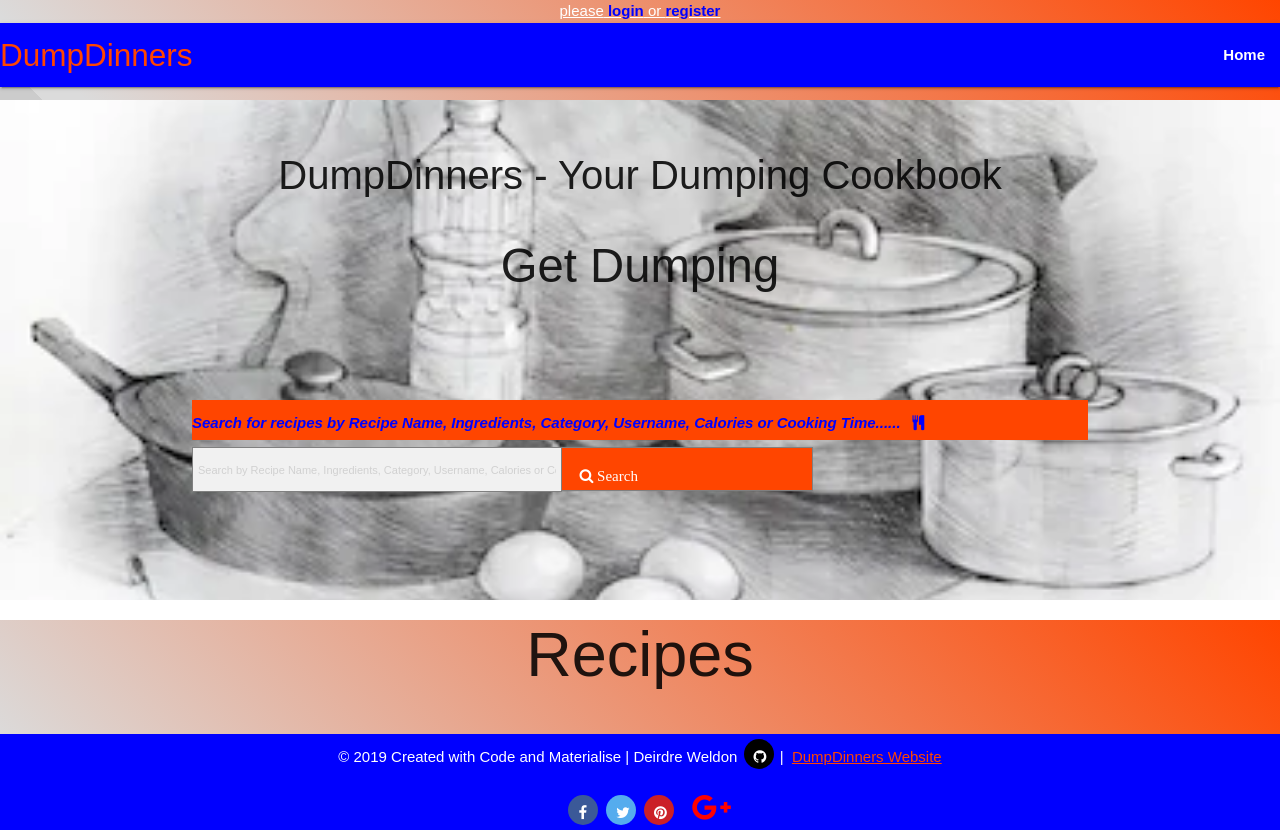
Repository: Deirdre18/dumpdinners-recipe-app
Page: http://localhost/
The author's editor kept a record of every edit. The page is drawn from the files as they stood at one moment, then again after the next edit.
The browser window is 1280 px wide. The pictures show the whole page.
Some web libraries are served in a nearby version. The page is served by the project's application, run on Flask 3 (app.py). Queries for data that is not in the repository find no rows.

Above is the page before.

### templates/allrecipes1.html
{% extends "base.html" %} {% block content %}

<h1 class="title">Recipes</h1>
{#{{referred to https://github.com/pierceoneill/code-institute-milestone-project-04/blob/master/templates/recipes.html for recipe-cards code.}}#}



<div id="recipe-cards" class="row">
    {% for recipe in recipes %}
    <div class="col s12 m4 l3 recipe-card" data-date="{{recipe.date_added}}">

        <div class="card-heading">

            <div class="card-title" style="text-align:center">
                <h6><span id="recipe_name" name="recipe_name"><i><strong>{{recipe.recipe_name}}</i></strong></span></h6>

            </div>
        </div>
        <strong><i class="fa fa-eye" aria-hidden="true" style="color:blue;font-size: 15px">&nbsp&nbsp{{recipe.views}}</i></strong>&nbsp&nbsp&nbsp&nbsp&nbsp&nbsp&nbsp&nbsp&nbsp&nbsp&nbsp&nbsp&nbsp&nbsp&nbsp&nbsp&nbsp
        <strong><i class="fa fa-heart" aria-hidden="true" style="color:red; font-size: 15px">&nbsp&nbsp{{recipe.likes}}</i></strong><br>
        <strong><i class="fa fa-cutlery"aria-hidden="true" style="color:blue;font-size: 15px">&nbsp&nbsp{{recipe.category_name}}</i><strong>


        <div class="card-image">
            <img src="{{recipe.image}}" width="200" height="200" style="margin-top" : 40%;>
        </div>


        <div class="card-body" style="white-space:normal">

            <p id="short_description"></p><strong><em>{{recipe.short_description}}</strong></em>
            </p>

        </div>

        <h6 class="view-and-share"><strong> View and Share!</strong>
        </h6>
        <p class=shares "col s4 m3 l3" style="white-space:normal">

            <i class="fa fa-facebook" aria-hidden="true"></i>
            <i class="fa fa-twitter" aria-hidden="true" style="color: light-blue"></i>
             <i class="fa fa-pinterest" aria-hidden="true"></i>
             <i class="fa fa-google-plus" style="font-size:30px; color:red"></i>
        </p>

        <div class="card-footer" style="white-space:normal">



            <div class="card-action">
                <a href="/recipe/{{ recipe._id }}"> <button class="btn waves-effect waves-light" type="submit" style="background-color:orangered" name="action">See More
                <i class="material-icons right">view_list</i>
             </button></a>
                <br><br><br>

            </div>

        </div>




        <!-- more display -->
    </div>
    {% endfor %}

    {% endblock %}

### templates/base.html
<!DOCTYPE html>
<html>

<head>
    <!--referred to this link for downloading bootstrap, as well as previous CI tutorials - https://forums.fedoraforum.org/showthread.php?314148-How-to-download-bootstrap-->

    <meta charset="UTF-8">
    <meta name="viewport" content="width=device-width, user-scalable=no, initial-scale=1.0, maximum-scale=1.0, minimum-scale=1.0">
    <meta http-equiv="X-UA-Compatible" content="ie=edge">
    <title>{{ title }} - DumpDinners</title>
    <link href="https://fonts.googleapis.com/icon?family=Material+Icons" rel="stylesheet">
    <link rel="stylesheet" href="https://cdnjs.cloudflare.com/ajax/libs/materialize/0.100.2/css/materialize.min.css">
    <link rel="stylesheet" href="{{url_for('static', filename='social-share-kit.css')}}" type="text/css" />
    <link rel="stylesheet" href="{{url_for('static', filename='styles.css')}}" type="text/css" />

    <!--referred to this for favicon - https://www.flaticon.com/-->

    <link rel="icon" type="image/ico" href="/static/images/favicon.ico" />
    <link rel="stylesheet" href="https://cdnjs.cloudflare.com/ajax/libs/font-awesome/4.7.0/css/font-awesome.min.css">

    <style>
        body {
            font-family: Arial;
        }
        * {
            box-sizing: border-box;
        }
        form.example input[type=text] {
            padding: 5px;
            font-size: 11px;
            border: 1px solid grey;
            float: left;
            width: 4%;
            height: 1%;
            background: #f1f1f1;
        }
        form.example button {
            float: left;
            width: 2%;
            height: 2%;
            padding: 5px;
            background: #2196F3;
            color: white;
            font-size: 11px;
            border: 1px solid grey;
            border-left: none;
            cursor: pointer;
        }
        form.example button:hover {
            background: #0b7dda;
        }
        form.example::after {
            content: "";
            clear: both;
            display: table;
        }
    </style>



</head>

<body>

    <style scoped>
        .pattern {
            min-height: 100px;
        }
        #stripes4 {
            background-image: repeating-linear-gradient(45deg, #ccc, #ccc 30px, #dbdbdb 30px, #dbdbdb 60px, orangered);
        }
    </style>

    <!--to give background gradient color, referred to https://www.quackit.com/css/codes/patterns/css_background_stripes.cfm-->

    <div id="stripes4" class="pattern">


        <!--referred to code from Spence Barribal's github project for username in session below (Student at Code Institute).-->

        {% if 'username' in session %}
        <div class="text-light font-italic bg-dark pt-2 pr-4" style="text-align:center; color:blue"><strong>welcome back, {{ session['username'] }}</strong>
        </div>

        <!--Referred to stack overflow article on centering anchors.-->

        <div class="display:block; text-align: center">
            <a href="{{ url_for('add_recipe') }}" <button class="btn waves-effect waves-light" type="submit" style="background-color:orangered" name="action">Add Recipe
                <i class="material-icons right">playlist_add</i>
             </button></div></a>



            <div class="display:block; text-align: center">
                <a href="{{ url_for( 'logout') }}" style="text-decoration:underline; color:blue; text-align:center,color:blue"><strong>Logout</strong></a>
            </div>

            <div class="display:block; text-align: center">
                <a href="{{ url_for( 'allrecipes') }}" style="text-decoration:underline;color:blue; text-align:center"><strong>Home</strong></a>

            </div>

            {% else %}

            <div class="login" style="text-align:center;text-decoration:underline; color:white">please<a href="{{ url_for('login') }}" style="color:blue"><strong> login</a></strong> or <a href="{{ url_for('register') }}" style="color:blue"><strong> register</strong></a>
            </div>
            {% endif %}

            <nav>
                <div class="nav-wrapper">
                    <a class="brand-logo" style="color:orangered">DumpDinners</a>
                    <a href="#" data-activates="mobile-demo" class="button-collapse"><i class="material-icons">menu</i></a>
                    <ul id="nav-mobile" class="right hide-on-med-and-down">

                        {% if 'username' not in session %}

                        <li class="nav-item">
                            <a href="{{ url_for('index') }}" style="color:white"><strong>Home</a></strong>
                        </li>


                        {% endif %}

                    </ul>
                </div>

            </nav>
            <!--referred to https://www.w3schools.com/howto/howto_css_search_button.asp-->

            {% if 'username' in session %}
            <ul class="sidenav" id="mobile-demo">
                <li class="nav-item">
                    <a href="{{ url_for('allrecipes') }}" style="color:orangered;text-decoration:underline"><strong>Home</strong></a>
                </li>
                {% endif %}


            </ul>
        </div>

        <div id="index-banner" class="parallax-container">
            <div class="section no-pad-bot">
                <div class="container">

                    <div class="parallax">
                        <img src="{{ url_for('static', filename='uploads/' + 'still-life.jpg') }}">
                    </div>

                    <h2 class="header center" class="header"><small>DumpDinners - Your Dumping Cookbook</small></h2>

                    <h1 class="header center" class="header"><small>Get Dumping</small></h1>
                    <br><br><br>


                    <!--/*referred to https://www.w3schools.com/howto/howto_css_search_button.asp*/-->

                    <div class="search-container">

                         <h6 class="lead-search" style="background-color:orangered; color:blue; text-align:left"><strong><i>Search for recipes by Recipe Name, Ingredients, Category, Username, Calories or Cooking Time......</i></strong><i class="fa fa-cutlery"></i></h6>


                         <form class="example" action="{{ url_for('search') }}">
                            <input type="text" placeholder="Search by Recipe Name, Ingredients, Category, Username, Calories or Cooking Time...." required name="query" style="margin-top:1px; width:40%; height:3em !important" style="color:black">
                            <div id="search">
                                <button type="submit" style="margin-top:1px; width:28%; height:4em !important; background-color:orangered"><i class="fa fa-search" style="font-size:15px;float:left">&nbspSearch</i></button>
                            </div>

                            </form>

                    </div>
                </div>
            </div>
            <!--Referred to this link for adding photos dynamically. https://stackoverflow.com/questions/40877272/jinja2-not-displaying-the-images-->
        </div>
        <div id="stripes4" class="pattern">
            {% block content %}{% endblock %}
        </div>
        <script src="https://ajax.googleapis.com/ajax/libs/jquery/3.4.1/jquery.min.js"></script>
        <script src="https://cdnjs.cloudflare.com/ajax/libs/jquery/3.2.1/jquery.min.js"></script>
        <script src="https://cdnjs.cloudflare.com/ajax/libs/materialize/0.100.2/js/materialize.min.js"></script>
        <!--<script src="assets/js/social-share-kit.js"></script>-->
        <!--<script src="assets/js/social-share-kit.min.js"></script>-->
        <script type="text/javascript">
            $(document).ready(function() {
                $(".button-collapse").sideNav();
            });
        </script>
        <script type="text/javascript">
            $('.datepicker').pickadate({
                selectMonths: true, // Creates a dropdown to control month
                selectYears: 15, // Creates a dropdown of 15 years to control year,
                today: 'Today',
                clear: 'Clear',
                close: 'Ok',
                closeOnSelect: false // Close upon selecting a date,
            });
        </script>
        <script>
            $(document).ready(function() {
                $('.parallax').parallax();
            });
        </script>
        <!-- jquery to activate buttons -->
        <script type="text/javascript">
            $(document).ready(function() {
                $('.collapsible').collapsible();
                $('select').material_select();
            });
        </script>
        <!--// to create footer referred to https://www.w3schools.com/howto/tryit.asp?filename=tryhow_css_fixed_footer. For flexible footer referred to https://materializecss.com/footer.html // decided to make footer fixed rather than flexible-->
        <style>
            .footer {
                margin-top: 1px;
                display: fixed;
                min-height: 3vh;
                flex-direction: column;
                text-align: center;
                background-color: blue;
                color: white;
            }
            main {
                flex: 1 0 auto;
            }
            .container {
                margin-top: 15px;
                margin-bottom: 3px;
            }
        </style>
        <style>
            .fa {
                padding: 10px;
                font-size: 15px;
                width: 30px;
                text-decoration: none;
                margin: 5px 2px;
                border-radius: 50%;
                height: 30px;
            }
            .fa:hover {
                opacity: 0.7;
            }
            .fa-facebook {
                background: #3B5998;
                color: white;
                text-align: center;
            }
            .fa-twitter {
                background: #55ACEE;
                color: white;
                text-align: center;
            }
            .fa-youtube {
                background: #bb0000;
                color: white;
                text-align: center;
            }
            .fa-pinterest {
                background: #cb2027;
                color: white;
                text-align: center;
            }
            .fa-github {
                background: black;
                color: white;
                text-align: center;
                font-size: 15px;
            }
            strong {
                font-weight: bold;
            }
        </style>
        <div class="footer">
            <div class="container">
                <!--created blank spaces, referred to https://www.computerhope.com/jargon/n/nbsp.htm-->
                © 2019 Created with Code and Materialise&nbsp| Deirdre Weldon <a href="https://github.com/" class="fa fa-github"></a> |&nbsp
                <a href="https://dumpdinners-recipe-app.herokuapp.com/" style="color:orangered; text-decoration: underline">DumpDinners Website
        </div>
        <!--for social media icons and styles referred to https://www.w3schools.com/howto/howto_css_social_media_buttons.asp    -->
        <!-- Add font awesome icons -->
        <a href="https://www.facebook.com/" class="fa fa-facebook"></a>
                <a href="https://www.twitter.com/" class="fa fa-twitter"></a>
                <a href="https://www.pinterest.com/" class="fa fa-pinterest"></a>
                <a href="https://plus.google.com/" class="fa fa-google-plus" style="font-size:30px; color:red"></a>
            </div>
</body>
</html>

### app.py
import os
import re
from flask import Flask, render_template, redirect, request, url_for, session, flash
import json
from flask_pymongo import PyMongo
import pymongo
from pymongo import MongoClient
from bson.objectid import ObjectId


from werkzeug.security import generate_password_hash, check_password_hash


app = Flask(__name__)

app.secret_key = "randomstring123"



if app.config['DEBUG'] == True:
    from config import dbconfig
    app.config["MONGO_DBNAME"] = 'dumpdinners'
    app.config["MONGO_URI"] = dbconfig()
else:
    app.config['MONGO_URI'] = os.environ.get("MONGO_URI")
    app.config['MONGO_DBNAME'] = os.environ.get("MONGO_DBNAME")

mongo = PyMongo(app)


@app.route('/')
@app.route('/index')
def index():
    """Home page the gets 4 recipes from DB that have been viewed the most"""
    four_recipes = mongo.db.recipes.find().limit(4)
    return render_template('allrecipes1.html', recipes=four_recipes)

@app.route('/allrecipes')
def allrecipes():
    recipes = mongo.db.recipes.find()
    return render_template('allrecipes.html', recipes=recipes)

@app.route('/allrecipes1')
def allrecipes1():
    recipes = mongo.db.recipes.find()
    four_recipes = mongo.db.recipes.find().limit(4)
    return render_template('allrecipes1.html', recipes=four_recipes)

@app.route('/add_recipe')
def add_recipe():
    recipes = mongo.db.recipes.find()
    return render_template('addrecipe.html',
        recipes=mongo.db.categories.find())



@app.route('/insert_recipe', methods=['POST'])
def insert_recipe():
    recipes = mongo.db.recipes
    recipes.insert_one(request.form.to_dict())
    flash ("Thank you, your recipe has been inserted!")
    return render_template('recipe.html', recipe=recipe)




@app.route('/edit_recipe/<recipe_id>', methods=['GET', 'POST'])
def edit_recipe(recipe_id):
    """Allows logged in user to edit their own recipes"""
    recipe_db = mongo.db.recipes.find_one_or_404({'_id': ObjectId(recipe_id)})
    all_categories =  mongo.db.categories.find()
    if request.method == 'GET':

        return render_template('editrecipe.html', recipe=recipe_db, categories=all_categories)


# referred to this article for advice on 'views' - https://stackoverflow.com/questions/5782311/mongodb-inc-embedded-value-syntax

@app.route('/update_recipe/<recipe_id>', methods=["POST"])
def update_recipe(recipe_id):
    recipes = mongo.db.recipes
    recipes.update( {'_id': ObjectId(recipe_id)},
    {
        '$set': {

        'recipe_name':request.form.get('recipe_name'),
        'ingredients':request.form.get('ingredients'),
        'image': request.form.get('image'),
        'category_name': request.form.get('category_name'),
        'username': request.form.get('username'),
        'methods': request.form.get('methods'),
        'short_description': request.form.get('short_description'),
        'date_added': request.form.get('date_added'),
        'is_vegetarian': request.form.get('is_vegetarian'),
        'views':1,
        'likes':1

        }
    })
    return redirect(url_for('allrecipes'))




@app.route('/delete_recipe/<recipe_id>')
def delete_recipe(recipe_id):
    mongo.db.recipes.remove({'_id': ObjectId(recipe_id)})
    return redirect(url_for('allrecipes'))

@app.route('/search')
def search():
    """Provides logic for search bar"""
    orig_query = request.args['query']
    # using regular expression setting option for any case
    query = {'$regex': re.compile('.*{}.*'.format(orig_query)), '$options': 'i'}
    # find instances of the entered word in title, tags or ingredients
    results = mongo.db.recipes.find({
        '$or': [
            {'recipe_name': query},
            {'ingredients': query},
            {'recipe_name': query},
            {'category_name': query},
            {'calories': query},
            {'cooking_time': query}
        ]
    })
    return render_template('search.html', query=orig_query, results=results)


@app.route('/recipe/<recipe_id>')
def recipe(recipe_id):

    """Shows full recipe and increments view"""
    mongo.db.recipes.find_one_and_update(
        {'_id': ObjectId(recipe_id)},
        { '$inc': { 'views': 1}}



    )
    recipe_db = mongo.db.recipes.find_one_or_404({'_id': ObjectId(recipe_id)})
    return render_template('recipe.html', recipe=recipe_db)

# routing for likes

@app.route('/likes/<recipe_id>')
def likes(recipe_id):

    """Shows full recipe and increments view"""
    mongo.db.recipes.find_one_and_update(
        {'_id': ObjectId(recipe_id)},
        { '$inc': { 'likes': 1}}



    )
    recipe_db = mongo.db.recipes.find_one_or_404({'_id': ObjectId(recipe_id)})
    return redirect(url_for('allrecipes1'))

#Copied routing for login from Deborah Thompson, student at Code Institute for login routing - #https://github.com/debbiect246/recipe-app#


@app.route('/login', methods=["GET","POST"])
def login():
    if request.method == 'POST':
        login_user = mongo.db.register.find_one({'username': request.form['username']})
        form = request.form
        if login_user:
            if(form["password"] == login_user["password"]): # if password correct
                session['username'] = login_user["username"]
                return redirect(url_for('allrecipes',register_id = login_user["_id"]))
            else: # and if password is not correct
               flash("Incorrect password, please try again or register")
        else:# if user does not exist
            flash("User does not exist")
            return redirect(url_for('register'))
    return render_template('login.html')


#Copied routing for register from Deborah Thompson, student at Code Institute for login routing - #https://github.com/debbiect246/recipe-app#

@app.route('/register', methods=['POST','GET'])
def register():
    if request.method == 'POST':
        register = mongo.db.register
        register_id = register.insert_one(request.form.to_dict())
        # print(register)
        object_id = register_id.inserted_id
        flash("Thank you for registering, please login to view more recipes and add your own!")
        return redirect(url_for('login'))
    return render_template('register.html')




#Copied routing for allrecipeslist from Deborah Thompson, student at Code Institute for login routing - #https://github.com/debbiect246/recipe-app#


@app.route('/logout')
def logout():
    """Clears session and redirects to home"""

    session.clear()
    flash ("Thank you, hope to see you again soon!")
    return redirect(url_for('login'))




if __name__ == '__main__':
    app.run(host=os.environ.get('IP'),
        port=int(os.environ.get('PORT')))

### static/styles.css
.card-body {
    width: 75%;
    margin-left: 0;
    left: auto;
    right: auto;
    white-space: pre-wrap;
}

#search [type="search"] [name="query"]
{
     height: 30px;
     width: 50px;
}


h3 {margin-top: 10%}

.main { margin-top: 20px;}

.card-image {width:25%;}

h5 .lead-search {margin-bottom: 0}

p .heading {margin-top: 30%;}


.card-image {white-space: pre-wrap;
            margin-bottom: -80px;
}


h1 {text-align: center;
    margin-top: 20px;

}

p {margin-top: 20%;}



.nav-wrapper {background-color: blue;}

#Add {color: indigo;
}

#View {color: indigo;
}

.brand-logo{text-align:left;}

.btn_small {
    height: 24px;
    width: 60px;
    line-height: 24px;
    margin: 5px 5px;
    padding: 0 0.5em;
}

Loaded but not shown: static/social-share-kit.css (no copy from this time; the picture is the same without it)

After the next edit:
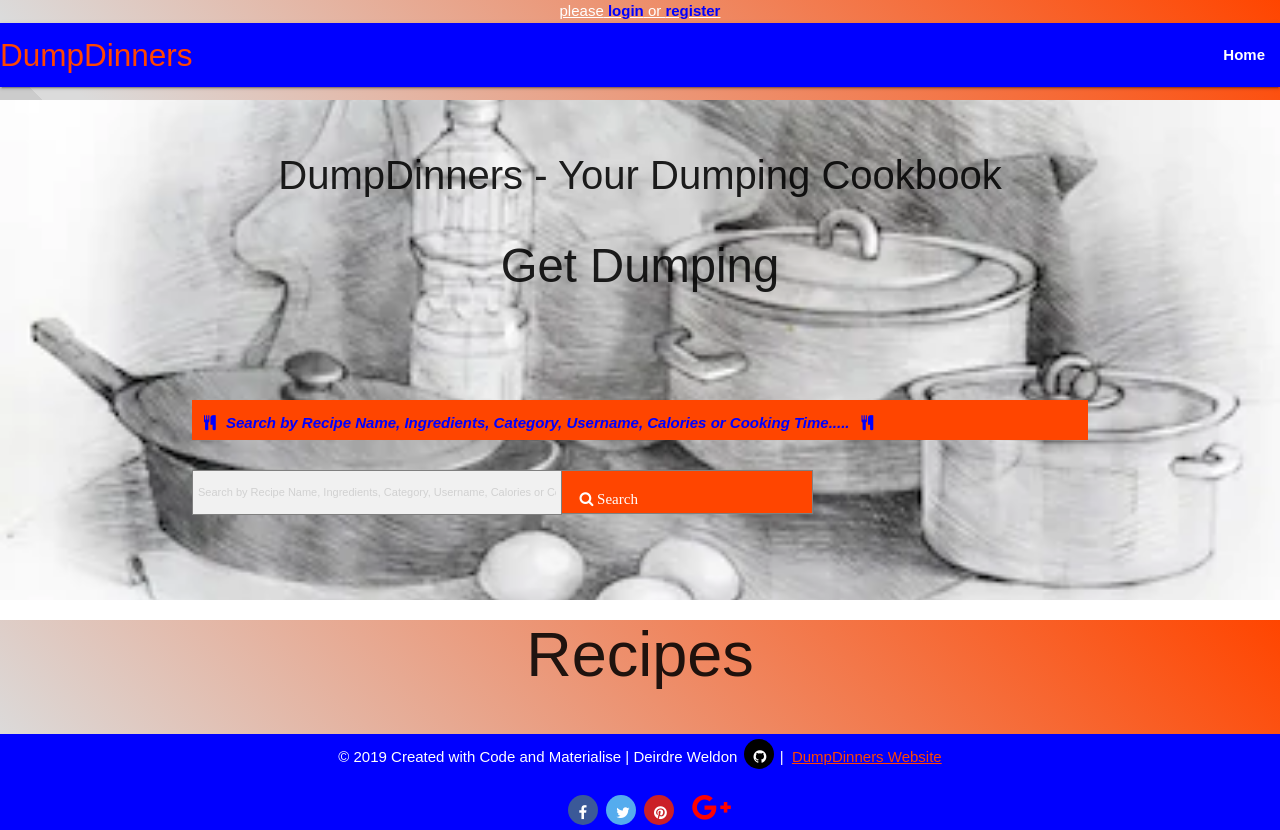
The edit:
--- a/templates/base.html
+++ b/templates/base.html
@@ -156,7 +156,7 @@
 
                     <div class="search-container">
 
-                         <h6 class="lead-search" style="background-color:orangered; color:blue; text-align:left"><strong><i>Search for recipes by Recipe Name, Ingredients, Category, Username, Calories or Cooking Time......</i></strong><i class="fa fa-cutlery"></i></h6>
+                         <h6 class="lead-search" style="background-color:orangered; color:blue; text-align:left"><strong><i><i class="fa fa-cutlery" style="font-size: 15px"></i>Search by Recipe Name, Ingredients, Category, Username, Calories or Cooking Time.....</i></strong><i class="fa fa-cutlery" style="font-size: 15px"></i></h6><br>
 
 
                          <form class="example" action="{{ url_for('search') }}">
